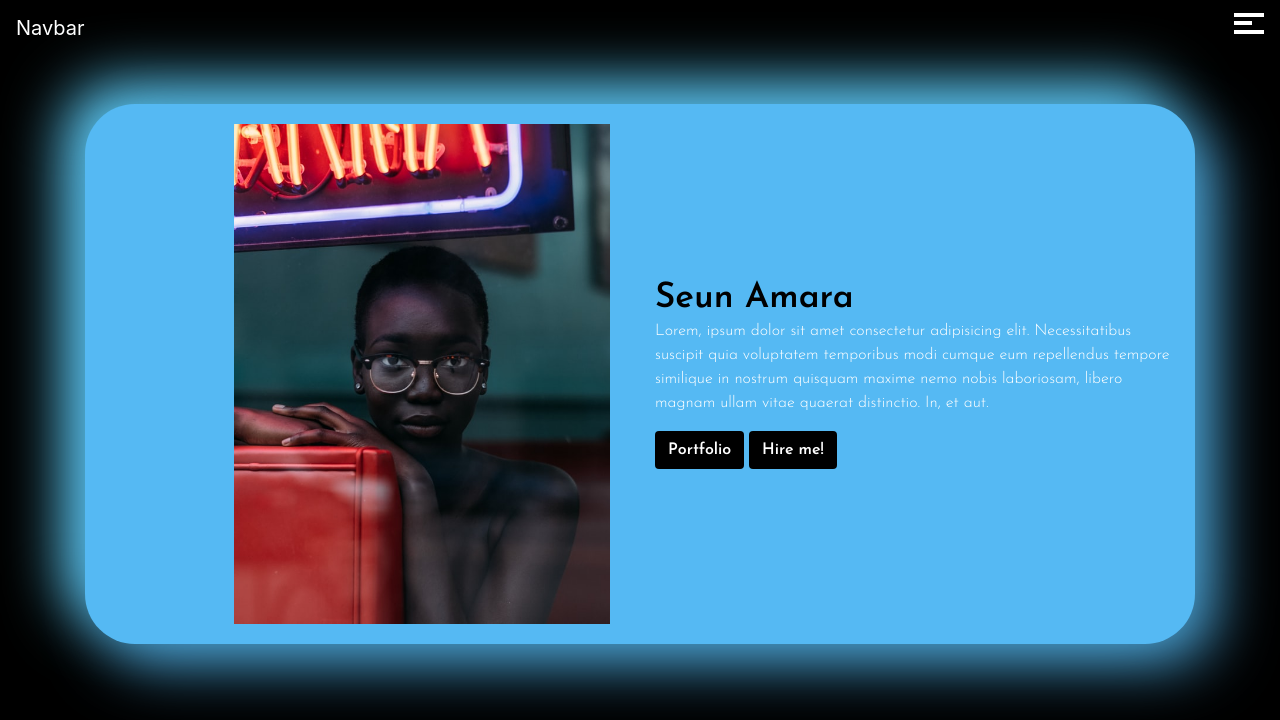
Repository: latenightsnacc/portfolio-site
Page: index.html
An editor plug-in stored every save of this project. The page is shown before and after the next save, followed by the edit.
The browser window is 1280 px wide. The pictures show the whole page.
The style sheet was rebuilt from its Sass, Less or Tailwind sources for each picture, by a compiler version that may differ from the author's.

Above is the page before, as saved 2020-08-03 14:47:20.

### index.html
<!DOCTYPE html>
<html lang="en">
<head>
    <meta charset="UTF-8">
    <meta name="viewport" content="width=device-width, initial-scale=1.0">
    <link rel="stylesheet" href="https://stackpath.bootstrapcdn.com/bootstrap/4.5.0/css/bootstrap.min.css" integrity="sha384-9aIt2nRpC12Uk9gS9baDl411NQApFmC26EwAOH8WgZl5MYYxFfc+NcPb1dKGj7Sk" crossorigin="anonymous">
    <link rel="stylesheet" href="styles/stylesheet.css">

    <title>Portfolio Site</title>
</head>
<body>
    <main>
        <!--Navigation-->
        <nav class="navbar navbar-light bg-dark mb-5">
            <div class="nav-top" id="top">
                <a class="navbar-brand" href="#">Navbar</a>
                <div class="menu-icon">
                    <span class="icon-long"></span>
                    <span class="icon-short"></span>
                    <span class="icon-long"></span>
                </div>
            </div>
        </nav>

        <div class="container">
            <div class="card">
                <div class="card-body">
                    <!--Horizontal Card-->
                    <div class="row">
                        <div class="col-s12 col-md-6 col-lg-6">
                            <div class="container img-box">
                                <img src="assets/HER.jpg" alt="Seun" />
                            </div>
                        </div>
                        <div class="col-s12 col-md-6 col-lg-6">
                            <div class="text-box">
                                <div class="name">Seun Amara</div>
                                <div class="span">
                                    <span></span>
                                </div>
                                <p>Lorem, ipsum dolor sit amet consectetur adipisicing elit.
                                    Necessitatibus suscipit quia voluptatem temporibus modi cumque eum repellendus
                                    tempore similique in nostrum quisquam maxime nemo nobis laboriosam, libero magnam
                                    ullam vitae quaerat distinctio. In, et aut.
                                </p>
                                <div class="btn-box">
                                    <button class="btn">Portfolio</button>
                                    <button class="btn">Hire me!</button>
                                </div>

                            </div>
                        </div>
                    </div>
                </div>
            </div>
        </div>

    </main>

    <script src="https://code.jquery.com/jquery-3.5.1.slim.min.js" integrity="sha384-DfXdz2htPH0lsSSs5nCTpuj/zy4C+OGpamoFVy38MVBnE+IbbVYUew+OrCXaRkfj" crossorigin="anonymous"></script>
    <script src="https://cdn.jsdelivr.net/npm/popper.js@1.16.0/dist/umd/popper.min.js" integrity="sha384-Q6E9RHvbIyZFJoft+2mJbHaEWldlvI9IOYy5n3zV9zzTtmI3UksdQRVvoxMfooAo" crossorigin="anonymous"></script>
    <script src="https://stackpath.bootstrapcdn.com/bootstrap/4.5.0/js/bootstrap.min.js" integrity="sha384-OgVRvuATP1z7JjHLkuOU7Xw704+h835Lr+6QL9UvYjZE3Ipu6Tp75j7Bh/kR0JKI" crossorigin="anonymous"></script>
</body>
</html>

### styles/stylesheet.scss
@import 'variables';

*{
    margin:0;
    padding: 0;
    text-decoration: none;
    list-style: none;

    a{
        text-decoration: none;

        &:hover {
            text-decoration: none;
        }
    }
}
body,html, .bg-dark {
    background-color: $dark!important;
}
.btn {
    background-color: #000;
    font-weight: $bold;
    color: $light;

    &:hover {
        color: #62d5ff;
    }
}
.img-box {
    width: 100%;
    height: 100%;
    display: flex;
    justify-content: flex-end;
    img {
        height: 500px;
    }
}
.text-box {
    height: 100%;
    width: 100%;
    display: flex;
    flex-direction: column;
    justify-content: center;

}
.card {
    border: 0px !important;
    color: $light;
    font-family: $font;
    // box-shadow: $bS;
    border-radius: 50px;
    background: #55b9f3;
    box-shadow:  20px 20px 60px #489dcf,
             -20px -20px 60px #62d5ff;

    .name {
        font-weight: $bold;
        color: $dark;
        line-height: 40px;
        font-size: 35px;
    }
    p {
        color: $light;
        font-weight: $fontLight;
    }
}
.nav-top {
    display: flex;
    width: 100%;
    justify-content: space-between;
}
.navbar-brand {
    color: $light !important;
}
.menu-icon {
    display: flex;
    flex-direction: column;
    height: 30px;
    justify-content: space-evenly;
    .icon-long, .icon-short {
        border: 2px solid $light;
    }
    .icon-long {
        width: 30px;
    }
    .icon-short {
        width: 18px;
    }
}

### styles/_variables.scss
@import url('https://fonts.googleapis.com/css2?family=Josefin+Sans:wght@300;600&display=swap');
$font:'Josefin Sans', sans-serif;
$bold: 600;
$fontLight: 300;
$dark: black;
$light: white;
$bg-dark: rgb(27, 24, 24);
$bS:  .5px .5px 10px 3px #0ff;

After the next save:
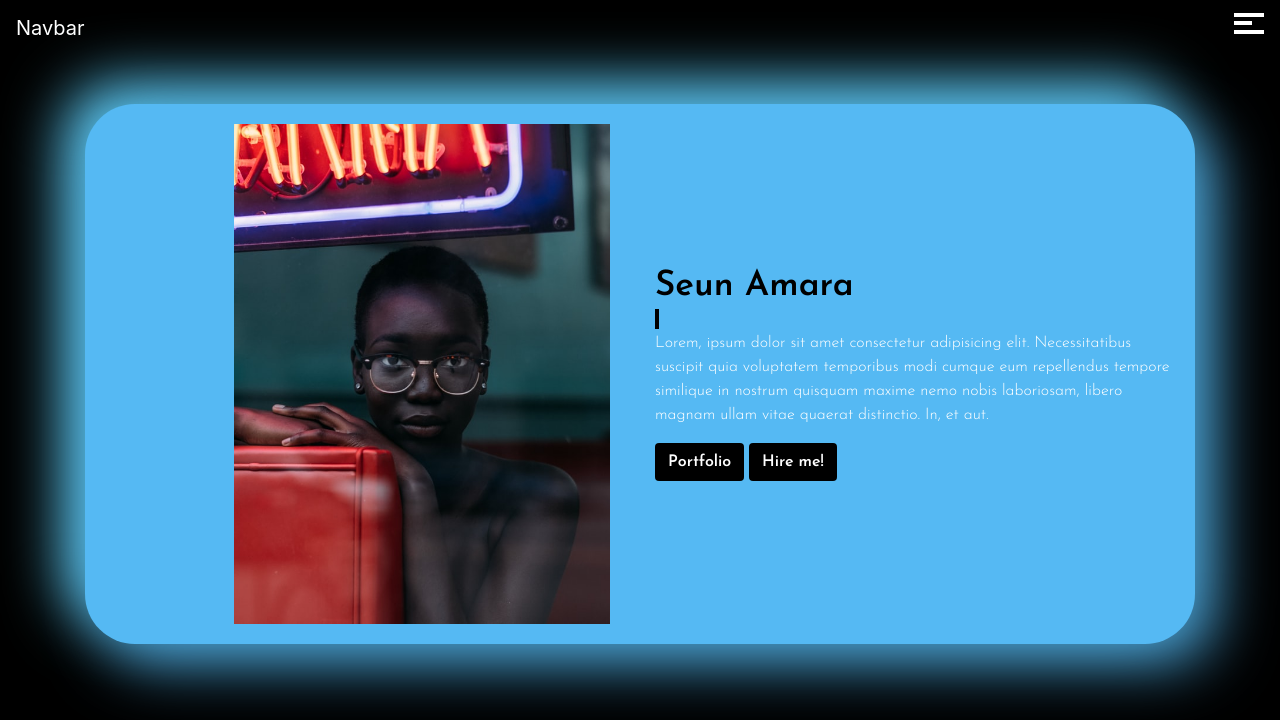
Saved 36 s later.
--- a/styles/stylesheet.scss
+++ b/styles/stylesheet.scss
@@ -16,6 +16,12 @@
 }
 body,html, .bg-dark {
     background-color: $dark!important;
+}
+.span {
+    span{
+        border: 2px solid $dark;
+        width: 70%;
+    }
 }
 .btn {
     background-color: #000;
